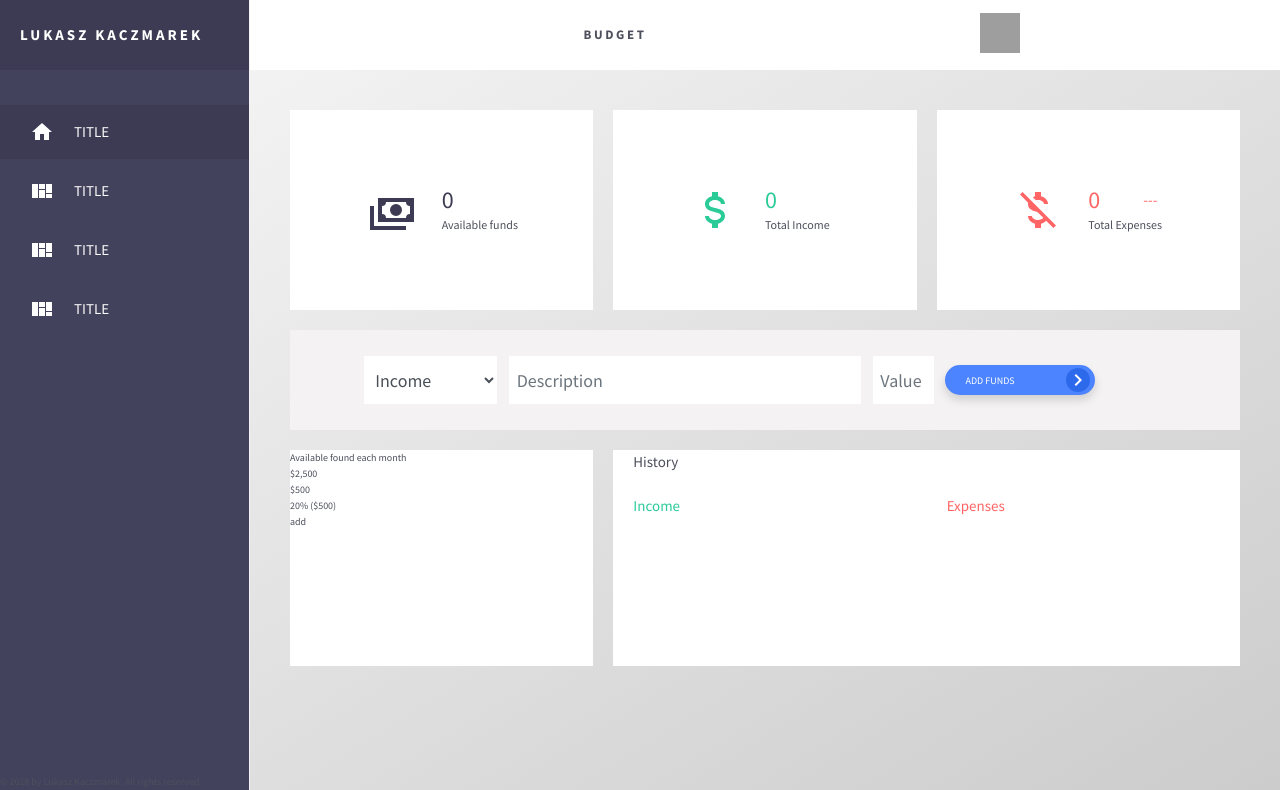
Repository: Archezi/BudgetApplication
Page: index.html
The author's editor kept a copy of each file at every save. The page is drawn from the files as they stood at one save, then again after the next save.
The browser window is 1280 px wide. The pictures show the whole page.
Pictures or frames that could not be fetched are drawn as grey boxes. The style sheet was rebuilt from its Sass, Less or Tailwind sources for each picture, by a compiler version that may differ from the author's.

Above is the page before, as saved 2018-08-31 12:19:17.

After the next save:
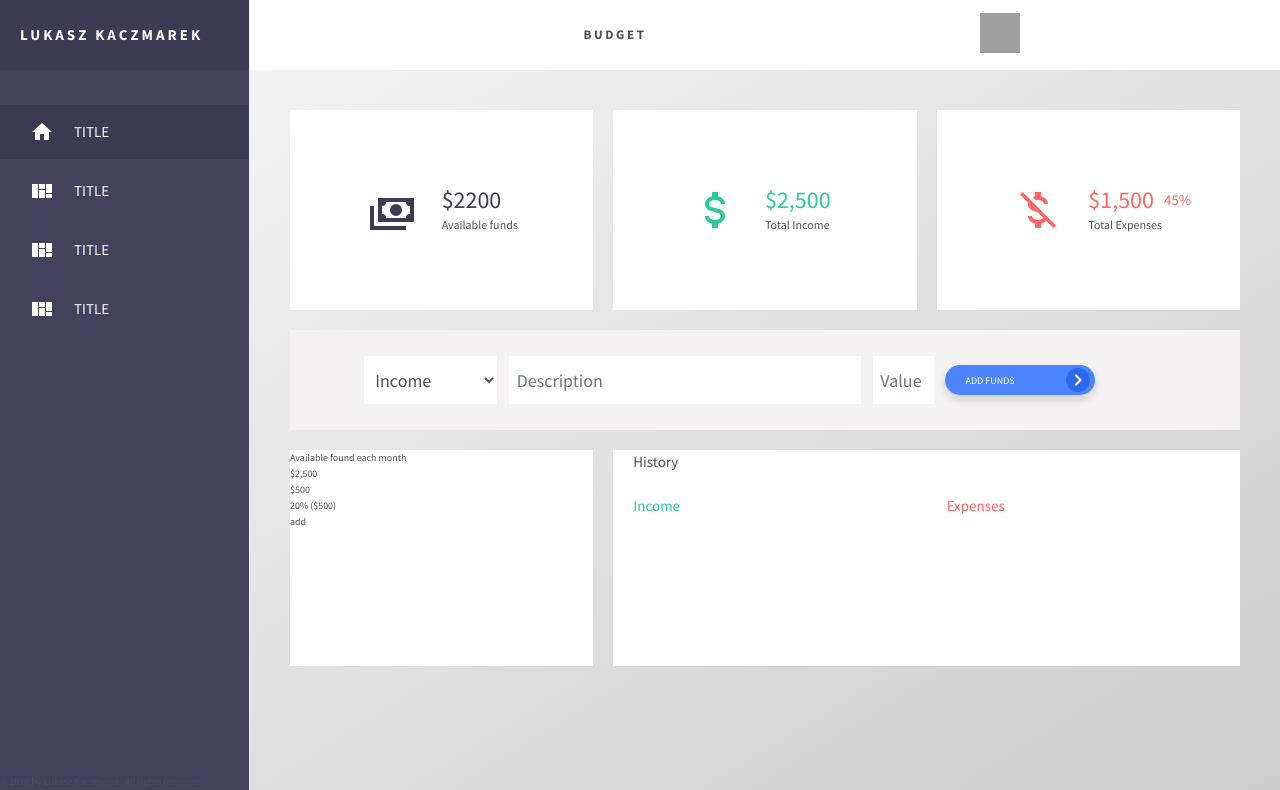
Console error: SyntaxError: Unexpected token 'var'
Saved 7 min 2 s later.
--- a/js/myscript.js
+++ b/js/myscript.js
@@ -225,7 +225,7 @@
       }
     });
 
-    document
+    document.querySelector(DOM.historyContainer).addEventListener('click', ctrlDeleteItem)
 
   }
 
@@ -265,6 +265,10 @@
     }
 
 
+  },
+  var ctrlDeleteItem = function(event) {
+
+    console.log(event.target);
   }
 
   return {

After the save that followed:
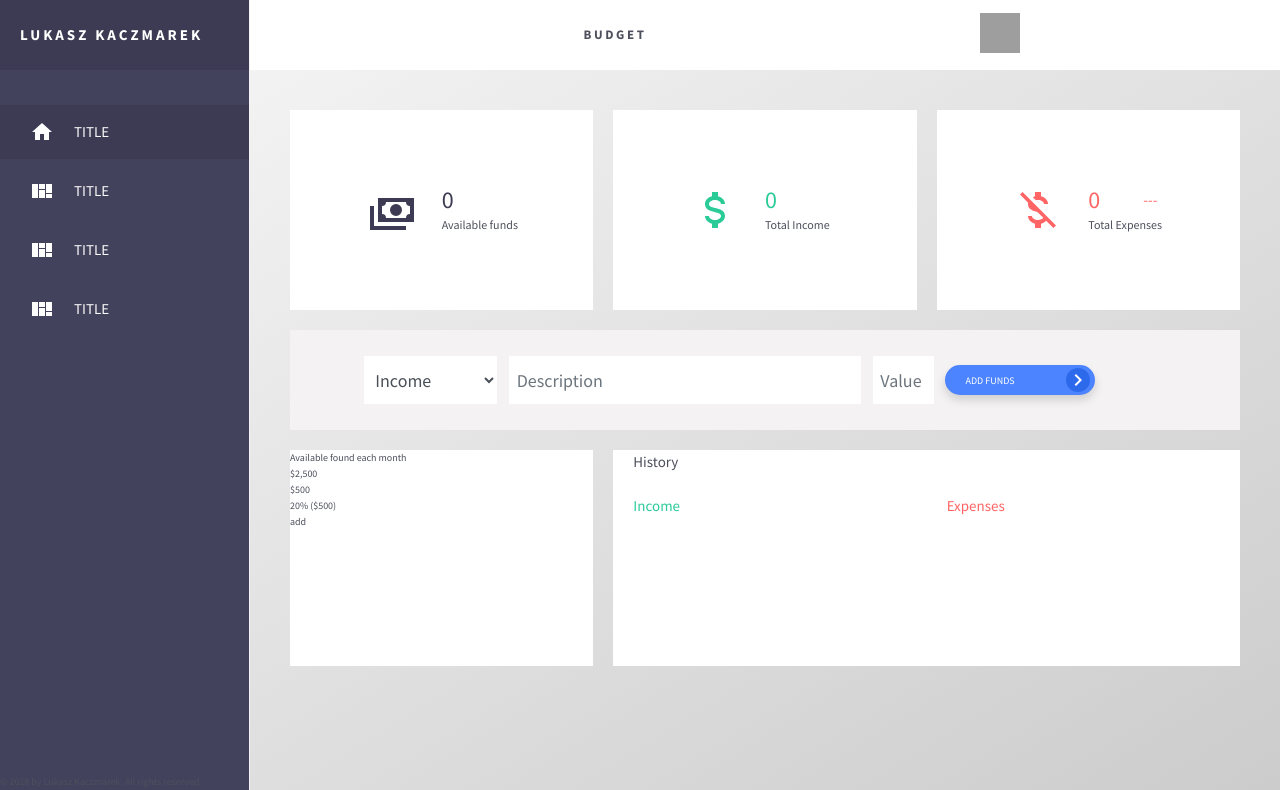
The error is gone.
Saved 25 s later.
--- a/js/myscript.js
+++ b/js/myscript.js
@@ -259,13 +259,10 @@
 
       // 5. Calculate and update budget
       updateBudget();
-
     } else {
 
     }
-
-
-  },
+  }
   var ctrlDeleteItem = function(event) {
 
     console.log(event.target);
